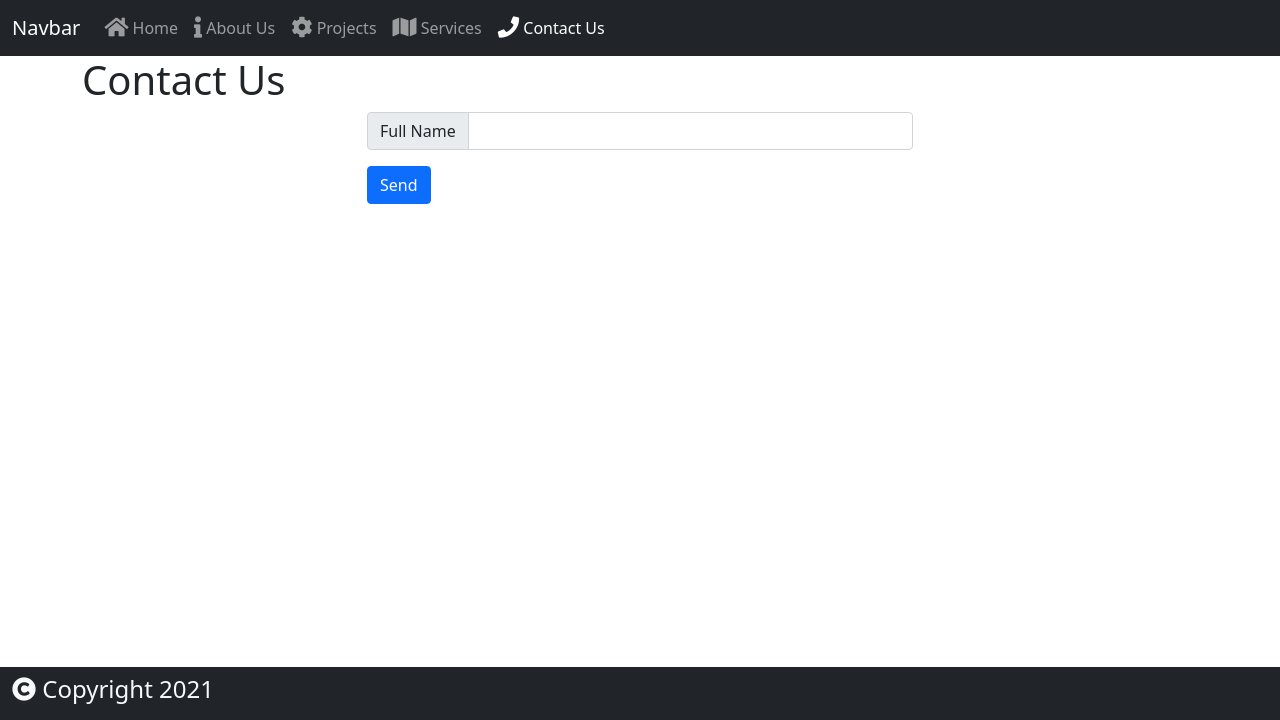
Repository: CKM206/WEBD6201-W2021---ICE1
Page: contact.html
The author's editor kept a copy of each file at every save. The page is drawn from the files as they stood at one save, then again after the next save.
The browser window is 1280 px wide. The pictures show the whole page.

Above is the page before, as saved 2021-01-21 09:28:16.

### contact.html
<!DOCTYPE html>
<html lang="en">
<head>
    <meta charset="UTF-8">
    <meta name="viewport" content="width=device-width, initial-scale=1.0">
    <title>Contact</title>
    <!-- CSS Section -->
    <!-- Inject Bootstrap first, always-->
    <link rel="stylesheet"
    href="./node_modules/bootstrap/dist/css/bootstrap.min.css">
    <!-- Now inject Icon Fonts using Font Awesome-->
    <link rel="stylesheet"
    href="./node_modules/@fortawesome/fontawesome-free/css/all.min.css">
    <!-- Now inject our custom css-->
    <link rel="stylesheet" href="./Content/app.css">
</head>
<body>
    <!-- Main Header -->
    <header>
      <!-- Main Navigation -->
        <nav class="navbar navbar-expand-lg navbar-dark bg-dark">
            <div class="container-fluid">
              <a class="navbar-brand" href="index.html">Navbar</a>
              <button class="navbar-toggler" type="button" data-bs-toggle="collapse" data-bs-target="#navbarSupportedContent" aria-controls="navbarSupportedContent" aria-expanded="false" aria-label="Toggle navigation">
                <span class="navbar-toggler-icon"></span>
              </button>
              <div class="collapse navbar-collapse" id="navbarSupportedContent">
                <ul class="navbar-nav me-auto mb-2 mb-lg-0">
                  <li class="nav-item">
                    <a class="nav-link" aria-current="page" href="index.html"><i class="fas fa-home fa-lg"></i> Home</a>
                  </li>
                  <li class="nav-item">
                    <a class="nav-link" aria-current="page" href="about.html"><i class="fas fa-info fa-lg"></i> About Us</a>
                  </li>
                  <li class="nav-item">
                    <a class="nav-link" aria-current="page" href="projects.html"><i class="fas fa-cog fa-lg"></i> Projects</a>
                  </li>
                  <li class="nav-item">
                    <a class="nav-link" aria-current="page" href="services.html"><i class="fas fa-map fa-lg"></i> Services</a>
                  </li>
                  <li class="nav-item">
                    <a class="nav-link active" aria-current="page" href="contact.html"><i class="fas fa-phone fa-lg"></i> Contact Us</a>
                  </li>
                </ul>
              </div>
            </div>
          </nav>
    </header>
    <!-- Main Content -->
    <main class="container">
      <h1>Contact Us</h1>

      <div class="row justify-content-lg-center">
        <form class="col-lg-6 col-md-8 col-sm-10">
          <div class="input-group mb-3">
            <span class="input-group-text" id="inputGroup-sizing-default">Full Name</span>
            <input type="text" class="form-control" aria-label="Full Name" aria-describedby="Full Name Input" required>
          </div>
          <button type="submit" class="btn btn-primary btn-large">Send</button>
        </form>
      </div>
    </main>

    <!-- Footer Section -->
    <footer>
        <nav class="navbar fixed-bottom navbar-dark bg-dark">
            <div class="container-fluid">
              <h4 class="text-light"><i class="fas fa-copyright text-light"></i> Copyright 2021</h4>
            </div>
          </nav>
    </footer>

    <!--Script Section-->
    <script src="./node_modules/jquery/dist/jquery.min.js"></script>
    <script src="./node_modules/bootstrap/dist/js/bootstrap.bundle.min.js"></script>
    <script src="./Scripts/app.js"></script>
</body>
</html>

### Content/app.css
/* Custom CSS Here */

### Scripts/app.js
/* Custom Javascript Here */
"use strict"; // Indicate that the code should be executed in "strict mode".

// IIFE - Immediately Invoked Function Expression (Anonymous Self-Executing Function)
//-Acts as a Closure, Limits Scope Leak
(function () {
  function displayHome()
  {
    // This shows different ways of accessing an element; @see index.html <p> on line 51
    //-Each has its own use and solves different problems
    let paragraphOneText = "This is a simple site to demonstrate DOM Manipulation for ICE 1.";
    let paragraphOneElement = document.getElementById("paragraphOne");

    // let aParagraph = document.getElementsByTagName("p")[0];
    // let allParagraphs = document.getElementsByTagName("p");
    // let paragraphOneQuery = document.querySelector("p");
    // let paragraphOneQuerys = document.querySelectorAll("p");

    // Print each variable to the console, see how each one "points" to the same <p> element
    // console.log(paragraphOneElement);
    // console.log(aParagraph);
    // console.log(allParagraphs[0]);
    // console.log(paragraphOneQuery);
    // console.log(paragraphOneQuerys);

    // Assigning values to the textContent of the element we have a reference to
    paragraphOneElement.textContent = paragraphOneText;

    /* We can change the style as well..
      For the most part its best to use css sheets, but this can be useful when attempting
      dynamic effects on the webpage
    */
    //paragraphOneElement.style = "color: blue;";

    /* We can change the class of an element as well...
    * This is probably a better way of assigning css to elements (As compared to above)
    */
    //paragraphOneElement.className = "fs-4 fw-bold";


    // Injecting a new element
    let newParagraph = document.createElement("p");             // Create the Element
    newParagraph.setAttribute("id","paragraphTwo");             // Configure the Element
    newParagraph.textContent = "...And this is Paragraph two"   //--
    let mainContent = document.getElementsByTagName("main")[0]; // Get a reference to the Main Element
    mainContent.appendChild(newParagraph);                      // Append the new Element as a child of main

    // We can still make alterations to this element
    newParagraph.className = "fs-4 fw-bold";

    // Another way of injecting a new Element through Javascript
    let paragraphThree = '<p class ="fs-6">And this is the Third Paragraph</p>';    // Create the Element

    // Notice that this doesnt work, it is assigned as text verbatim, and erases all other content in main
    //mainContent.textContent = paragraphThree;

    let paragraphDiv = document.createElement('div');
    // Converting and Injecting the paragraph, it still erases all other content
    paragraphDiv.innerHTML = paragraphThree;

    // Insertions
    //-Example of insering before a node
    //newparagraph.before(paragraphDiv);

    // Inserting after a node
    newParagraph.after(paragraphDiv);

    // deletions

    //-Removing a single element
    //paragraphOneElement.remove();

    //-Removing a child element
    mainContent.removeChild(paragraphOneElement);

    // Updating & Modification
    //-Targetted Modifcation
    //mainContent.firstElementChild.textContent = "Welcome Home";

    // Bulk modififying mainContent
    //mainContent.innerHTML =
    //'<h1 id="firstHeading">Welcome to WEBD6201 - Lab 1</h1>' +
    //'<p id="paragraphOne" class="fs-3 fw-bold">A new First Paragraph</p>';
  }

  function displayAbout()
  {

  }

  function displayServices()
  {

  }

  function displayProjects()
  {

  }

  function displayContact()
  {

  }

  function Start() {
    console.log("App Started...");

    switch (document.title) {
      case "Home":
        displayHome();
        break;
      case "About":
        displayAbout();
        break;
      case "Projects":
        displayProjects();
        break;
      case "Services":
        displayServices();
        break;
      case "Contact":
        displayContact();
        break;
    }

    // Old Java Script



  }

  window.addEventListener("load", Start);
})();

Loaded but not shown: node_modules/bootstrap/dist/css/bootstrap.min.css (library); node_modules/@fortawesome/fontawesome-free/css/all.min.css (library); node_modules/jquery/dist/jquery.min.js (library); node_modules/bootstrap/dist/js/bootstrap.bundle.min.js (library)

After the next save:
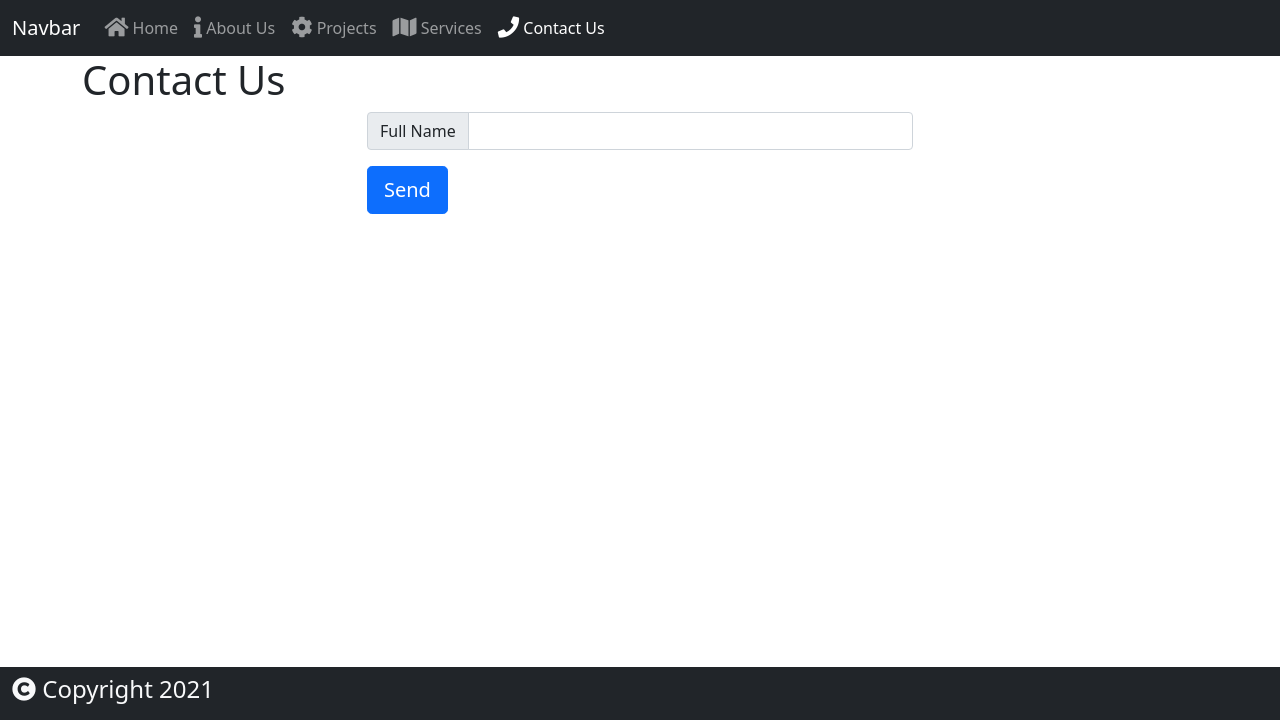
Saved 4 s later.
--- a/contact.html
+++ b/contact.html
@@ -56,7 +56,7 @@
             <span class="input-group-text" id="inputGroup-sizing-default">Full Name</span>
             <input type="text" class="form-control" aria-label="Full Name" aria-describedby="Full Name Input" required>
           </div>
-          <button type="submit" class="btn btn-primary btn-large">Send</button>
+          <button type="submit" class="btn btn-primary btn-lg">Send</button>
         </form>
       </div>
     </main>
